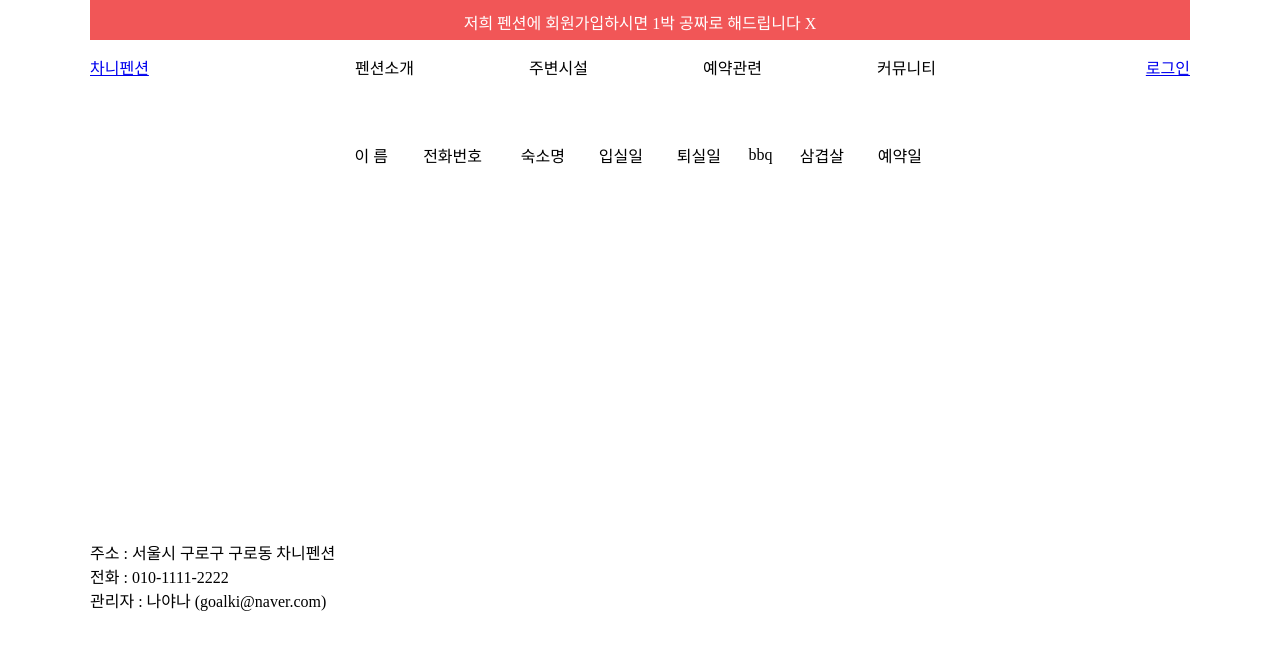
Repository: goalki/pension
Page: http://localhost/pension/admin/reserve_view.jsp
These files come from the project's save history. The page is drawn as it stood at one moment and after the next save; the edit follows.
The browser window is 1280 px wide. The pictures show the whole page.
The page is served by Tomcat 9. Queries for data that is not in the repository find no rows.

Above is the page before, as saved 2021-01-18 07:28:44.

After the next save:
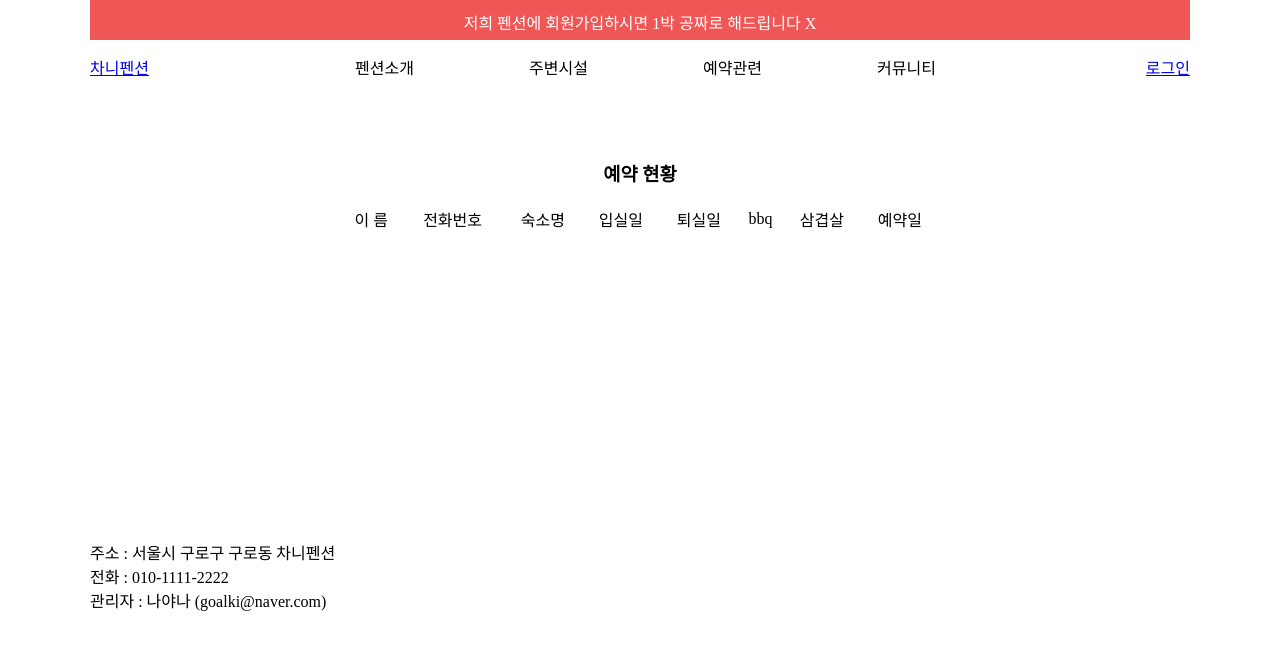
Saved 18 s later.
--- a/pension/WebContent/admin/reserve_view.jsp
+++ b/pension/WebContent/admin/reserve_view.jsp
@@ -27,6 +27,7 @@
  <div id="section">
    <div id="reserve">
       <table width="600" align="center">
+        <caption> <h3> 예약 현황 </h3> </caption>
         <tr>
           <td> 이 름 </td>
           <td> 전화번호 </td>
